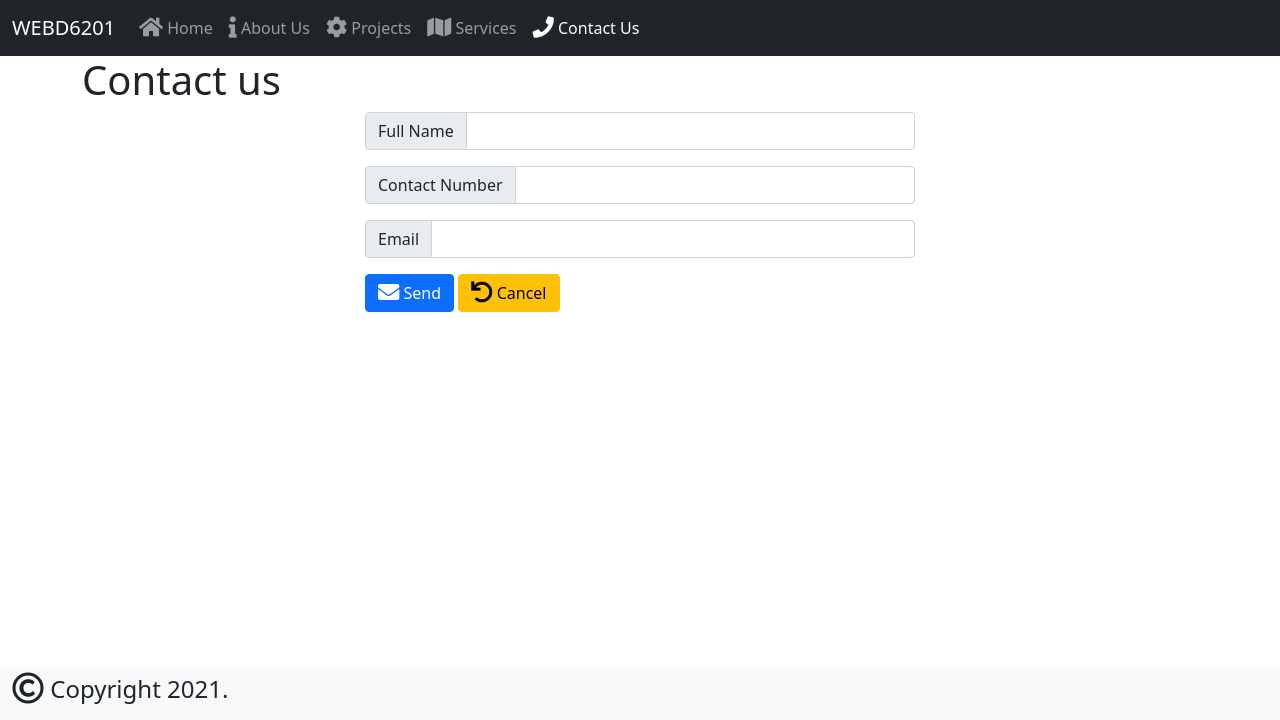
Repository: aphim/Webd6201-wk3
Page: contact.html
The author's editor kept a copy of each file at every save. The page is drawn from the files as they stood at one save, then again after the next save.
The browser window is 1280 px wide. The pictures show the whole page.

Above is the page before, as saved 2021-01-27 09:06:49.

### contact.html
<!DOCTYPE html>
<html lang="en">
<head>
    <meta charset="UTF-8">
    <meta name="viewport" content="width=device-width, initial-scale=1.0">
    <title>Contact</title>
    <!-- CSS Section -->
    <link rel="stylesheet" href="./node_modules/bootstrap/dist/css/bootstrap.min.css">
    <link rel="stylesheet" href="./node_modules/@fortawesome/fontawesome-free/css/all.min.css">
    <link rel="stylesheet" href="./Content/app.css">
</head>
<body>
  <!-- Main Header-->
    <header>
      <!-- Main navigation-->
        <nav class="navbar navbar-expand-lg navbar-dark bg-dark">
            <div class="container-fluid">
              <a class="navbar-brand" href="index.html">WEBD6201</a>
              <button class="navbar-toggler" type="button" data-bs-toggle="collapse" data-bs-target="#navbarSupportedContent" aria-controls="navbarSupportedContent" aria-expanded="false" aria-label="Toggle navigation">
                <span class="navbar-toggler-icon"></span>
              </button>
              <div class="collapse navbar-collapse" id="navbarSupportedContent">
                <ul class="navbar-nav me-auto mb-2 mb-lg-0">
                  <li class="nav-item">
                    <a class="nav-link" aria-current="page" href="index.html"><i class="fas fa-home fa-lg"></i> Home</a>
                  </li>

                  <li class="nav-item">
                    <a class="nav-link" aria-current="page" href="about.html"><i class="fas fa-info fa-lg"></i> About Us</a>
                  </li>

                  <li class="nav-item">
                    <a class="nav-link" aria-current="page" href="projects.html"><i class="fas fa-cog fa-lg"></i> Projects</a>
                  </li>

                  <li class="nav-item">
                    <a class="nav-link" aria-current="page" href="services.html"><i class="fas fa-map fa-lg"></i> Services</a>
                  </li>

                  <li class="nav-item">
                    <a class="nav-link active" aria-current="page" href="contact.html"><i class="fas fa-phone fa-lg"></i> Contact Us</a>
                  </li>
                </ul>
              </div>
            </div>
          </nav>
    </header>

<!--Main Content-->
    <main class="container">
        <h1>Contact us</h1>
<div id="messageArea" class="alert alert-danger">default message</div>


<div class="row justify-content-lg-center g-3">
  <form class="col-lg-6 col-md-10 col-sm-10">

    <div class="input-group mb-3">
      <span class="input-group-text" id="inputGroup-sizing-default">Full Name </span>
      <input id="fullName" type="text" class="form-control" aria-label="Full Name" aria-describedby="Full Name Input"
      name="fullName" required>
    </div>

    <div class="input-group mb-3">
      <span class="input-group-text" id="inputGroup-sizing-default">Contact Number</span>
      <input id="contactNumber" type="tel" class="form-control" aria-label="Contact Number" aria-describedby="Contact Number Input"
      name="contactNumber" required>
    </div>

    <div class="input-group mb-3">
      <span class="input-group-text" id="inputGroup-sizing-default">Email</span>
      <input id="emailAddress" type="email" class="form-control" aria-label="Email Address" aria-describedby="Email Address Input"
      name="emailAddress" required>
    </div>

    <button id="sendButton" type="submit" class="btn btn-primary"><i class="fas fa-envelope fa-lg"></i> Send</button>
    <button id="cancelButton" type="reset" class="btn btn-warning"><i class="fas fa-undo fa-lg"></i> Cancel</button>
  </form>
</div>
    </main>

    <!-- Main footer-->
    <footer>
        <nav class="navbar fixed-bottom navbar-light bg-light">
            <div class="container-fluid">
              <h4><i class="far fa-copyright fa-lg"></i> Copyright 2021.</h4>
            </div>
          </nav>
    </footer>

    <!-- Script Section-->
    <script src="./node_modules/jquery/dist/jquery.min.js"></script>
    <script src="./node_modules/bootstrap/dist/js/bootstrap.bundle.min.js"></script>
    <script src="./Scripts/app.js"></script>
</body>
</html>

### Scripts/app.js
/* custom JavaScript goes here */

//IIFE - Immediately Invoked Function Expression
//AKA - Anonymous Self-Executing Function
//Closure - limits scope leak

"use strict";

var Contact = /** @class */ (function () {
    function Contact(fullName, contactNumber, emailAddress) {
        this.m_fullName = fullName;
        this.m_contactNumber = contactNumber;
        this.m_emailAddress = emailAddress;
    }
    Contact.prototype.toString = function () {
        return "Full Name: " + this.m_fullName +
            "\nContact Number: " + this.m_contactNumber +
            "\nEmail Address: " + this.m_emailAddress + "\n";
    };
    return Contact;
}());


(function()
{
function displayHome()
{

        let paragraphOneText = "This is a simple site to demonstrate DOM Manipulation for ICE 1";

        //Different ways to select a paragraph element "paragraph one"
        let paragraphOneElement = document.getElementById("paragraphOne");

        //let paragraphOneParagraph = document.getElementsByTagName("p")[0];
        //let paragraphOneQuery = document.querySelector("p");
        //console.log(paragraphOneElement);
        //console.log(paragraphOneParagraph);
        //console.log(paragraphOneQuery);

        paragraphOneElement.textContent = paragraphOneText;
        paragraphOneElement.className = "fs-5";

        // step 1. Create an element
        let newParagraph = document.createElement("p");
        //step 2. configure element
        newParagraph.setAttribute("id", "paragraphTwo");
        newParagraph.textContent = "...And this is paragraph two";
        //Step 3. select the parent element
        let mainContent = document.getElementsByTagName("main")[0];
        //step 4. Add/insert the element
        mainContent.appendChild(newParagraph);

        newParagraph.className = "fs-6";

        //////another way to add an element ///////
        //let paragraphThree =`<p class="fs-7 fw-bold">And this is the Third Paragraph</p>`;
        //mainContent.innerHTML = paragraphThree;

        let paragraphDiv = document.createElement("div");
        let paragraphThree = `<p id="paragraphThree" class="fs-7 fw-bold">And this is the third paragraph</p>`
        paragraphDiv.innerHTML = paragraphThree;

        //insertion before a node
        //newParagraph.before(paragraphDiv);
        newParagraph.after(paragraphDiv);

        //deletions
        //paragraphOneElement.remove();
        mainContent.removeChild(paragraphOneElement);

        //Update / modification of an element
        //mainContent.firstElementChild.textContent = "Welcome Home!";

        mainContent.innerHTML =
        `<h1 id="firstHeading">Welcome to WEBD6201 - Lab 1</h1>
        <p id="paragraphOne" class="fs-3 fw-bold">This is my first paragraph</p>`

}
function displayAbout()
{

}
function displayProjects()
{

}
function displayServices()
{

}
function displayContact()
{
    let messageArea = document.getElementById("messageArea");
    messageArea.hidden = true;
    //form validation
    let fullName = document.getElementById("fullName");
        fullName.addEventListener("blur", function()
        {
            if(fullName.value.length < 2)
            {
                fullName.focus();
                fullName.select();
                messageArea.hidden = false;
                messageArea.textContent = "Please enter an appropriate Name";
            }
            else
            {
                messageArea.removeAttribute("class");
                messageArea.hidden = true;
            }
        });

    let sendButton = document.getElementById("sendButton");
    sendButton.addEventListener("click", function(event)
    {
        event.preventDefault();
        let contact = new Contact(fullName.value, contactNumber.value, emailAddress.value);
        console.log(contact.toString());
    });
}




    function Start()
    {
        console.log("App Started...");

        switch(document.title)
        {
            case "Home":
                displayHome();
                break;
            case "About":
                displayAbout();
                break;
            case "Projects":
                displayProjects();
                break;
            case "Services":
                displayServices();
                break;
            case "Contact":
                displayContact();
                break;
        }

    }



    window.addEventListener("load", Start);

})();

Loaded but not shown: node_modules/bootstrap/dist/css/bootstrap.min.css (library); node_modules/@fortawesome/fontawesome-free/css/all.min.css (library); Content/app.css (common file); node_modules/jquery/dist/jquery.min.js (library); node_modules/bootstrap/dist/js/bootstrap.bundle.min.js (library)

After the next save:
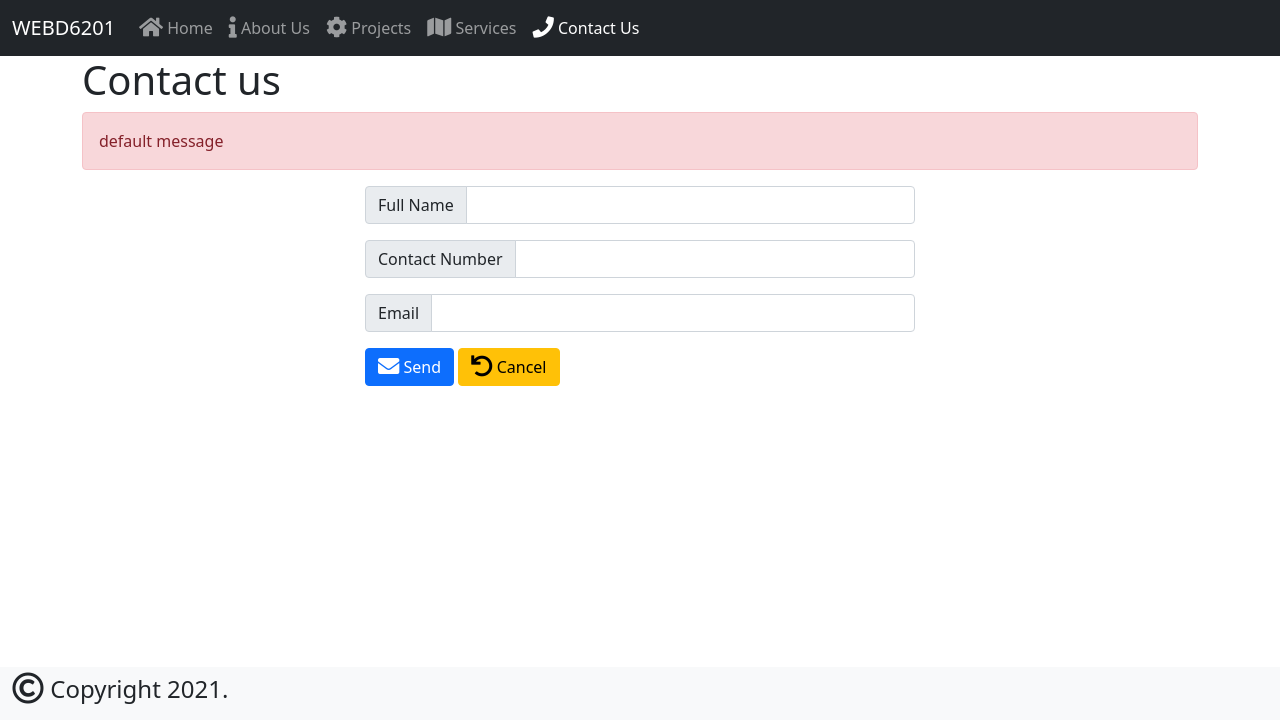
Console error (its wording comes from the project's code and is left out).
Saved 14 min 19 s later.
--- a/Scripts/app.js
+++ b/Scripts/app.js
@@ -3,10 +3,10 @@
 //IIFE - Immediately Invoked Function Expression
 //AKA - Anonymous Self-Executing Function
 //Closure - limits scope leak
-
+/*
 "use strict";
-
-var Contact = /** @class */ (function () {
+*/
+var Contact = /** @class */ /*(function () {
     function Contact(fullName, contactNumber, emailAddress) {
         this.m_fullName = fullName;
         this.m_contactNumber = contactNumber;
@@ -18,7 +18,20 @@
             "\nEmail Address: " + this.m_emailAddress + "\n";
     };
     return Contact;
-}());
+}());*/
+
+class Contact {
+    constructor(fullName, contactNumber, emailAddress) {
+        this.m_fullName = fullName;
+        this.m_contactNumber = contactNumber;
+        this.m_emailAddress = emailAddress;
+    }
+    toString() {
+        return ` Full Name  : ${this.m_fullName}
+            \nContact Number: ${this.m_contactNumber}
+            \nEmail Address: ${this.m_emailAddress}`;
+    }
+}
 
 
 (function()

After the save that followed:
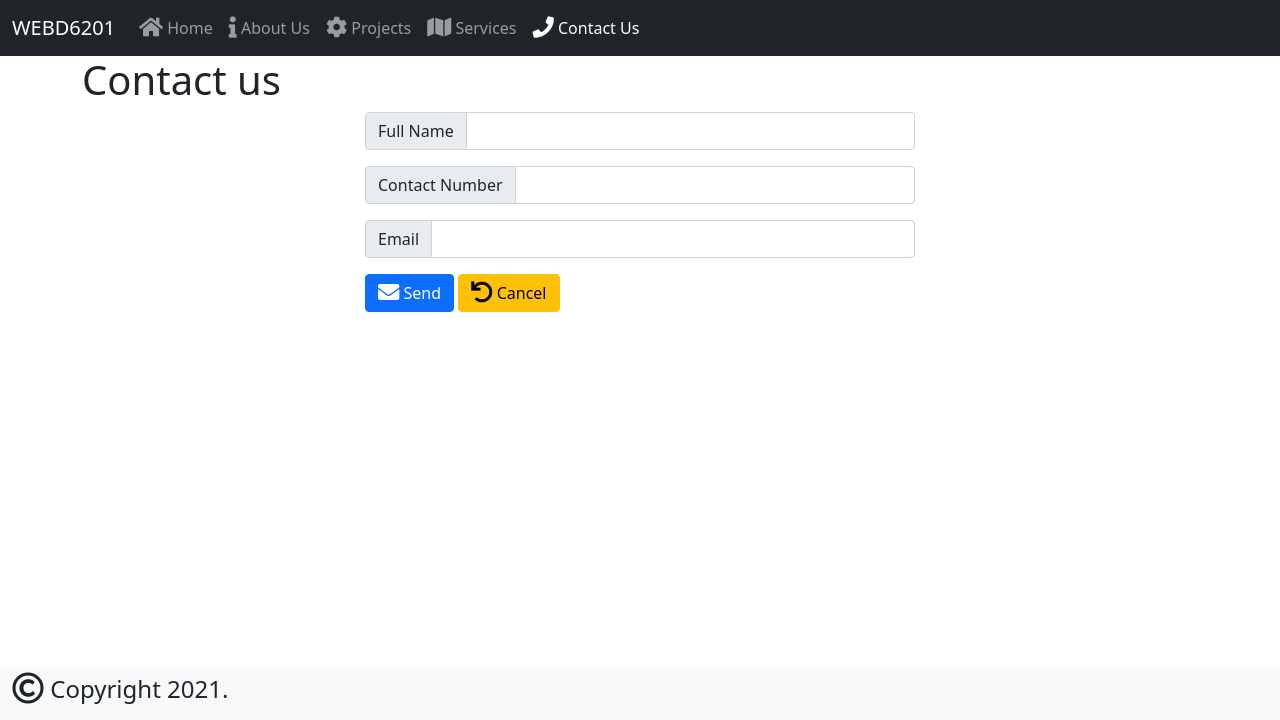
The error is gone.
Saved 80 s later.
--- a/Scripts/app.js
+++ b/Scripts/app.js
@@ -3,10 +3,10 @@
 //IIFE - Immediately Invoked Function Expression
 //AKA - Anonymous Self-Executing Function
 //Closure - limits scope leak
-/*
-"use strict";
-*/
-var Contact = /** @class */ /*(function () {
+
+
+
+/*var Contact = /** @class */ /*(function () {
     function Contact(fullName, contactNumber, emailAddress) {
         this.m_fullName = fullName;
         this.m_contactNumber = contactNumber;
@@ -19,7 +19,7 @@
     };
     return Contact;
 }());*/
-
+"use strict";
 class Contact {
     constructor(fullName, contactNumber, emailAddress) {
         this.m_fullName = fullName;
